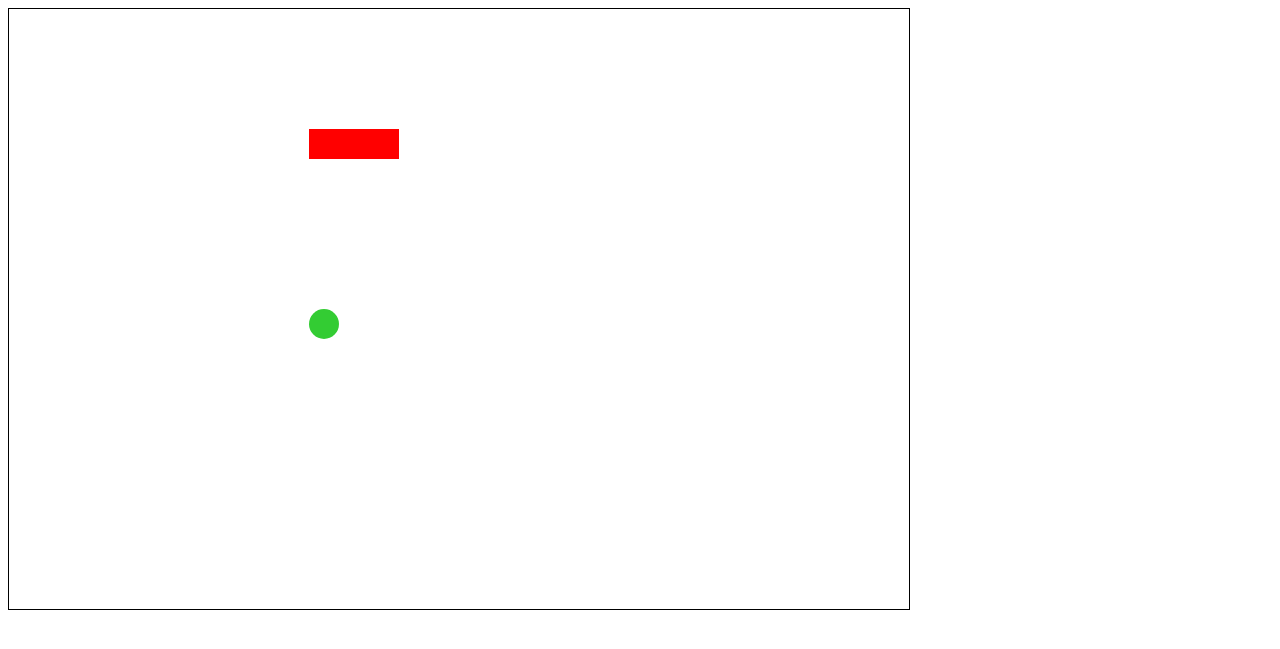
Repository: 0Memo/serpent
Page: index.html
The author's editor kept a copy of each file at every save. The page is drawn from the files as they stood at one save, then again after the next save.
The browser window is 1280 px wide. The pictures show the whole page.

Above is the page before, as saved 2020-12-16 08:43:35.

### index.html
<!DOCTYPE html>
<html lang="es">
    <head>
        <meta charset="UTF-8">
        <meta name="viewport" content="width=device-width, initial-scale=1.0">
        <title>Juego de la serpiente></title>
    </head>
    <body>

        <script src="js/script.js"></script>
    </body>
</html>

### js/script.js
window.onload = function(){
    var canvasWidth = 900;
    var canvasHeight = 600;
    var blockSize = 30;
    var ctx;
    var delay = 1000;
    var snakey;
    var appley;
    var widthInBlocks = canvasWidth / blockSize;
    var heightInBlocks = canvasHeight / blockSize;

    init();

    function init(){
        var canvas = document.createElement('canvas');
        canvas.width = canvasWidth;
        canvas.height = canvasHeight;
        canvas.style.border = "1px solid";
        document.body.appendChild(canvas);
        ctx = canvas.getContext('2d');
        snakey = new snake([[6,4], [5,4], [4,4]], "right");
        appley = new apple([10, 10]);
        refreshCanvas();

    }

    function refreshCanvas(){
        snakey.advance();
        if(snakey.checkCollision())
        {
            // GAME OVER
        } else {
            ctx.clearRect(0, 0, canvasWidth, canvasHeight);
            snakey.draw();
            appley.draw();
            setTimeout(refreshCanvas,delay);
        }

    }

    function drawBlock(ctx, position){
        var x = position[0] * blockSize;
        var y = position[1] * blockSize;
        ctx.fillRect(x, y, blockSize, blockSize);
    }

    function snake(body, direction) {
        this.body = body;
        this.direction = direction;
        this.draw = function(){
            ctx.save();
            ctx.fillStyle = "#ff0000";
            for(var i = 0; i < this.body.length; i++){
                drawBlock(ctx, this.body[i]);
            }
            ctx.restore();
        };
        this.advance = function(){
            var nextPosition = this.body[0].slice();
            switch(this.direction){
                case "left":
                    nextPosition[0] -=1;
                    break;
                case "right":
                    nextPosition[0] +=1;
                    break;
                case "down":
                    nextPosition[1] +=1;
                    break;
                case "up":
                    nextPosition[1] -=1;
                    break;
                default:
                    throw("Invalid Direction");
            }
            this.body.unshift(nextPosition);
            this.body.pop();
        };
        this.setDirection = function(newDirection)
        {
            var allowedDirections;
            switch(this.direction){
                case "left":
                case "right":
                    allowedDirections = ["up", "down"];
                    break;
                case "down":
                case "up":
                    allowedDirections = ["left", "right"];
                    break;
                default:
                    throw("Invalid Direction");
            }
            if(allowedDirections.indexOf(newDirection) > -1){
                this.direction = newDirection;
            };
        };
        this.checkCollision = function()
        {
            var wallCollision = false;
            var snakeCollision = false;
            var head = this.body[0];
            var rest = this.body.slice(1);
            var snakeX = head[0];
            var snakeY = head[1];
            var minX = 0;
            var minY = 0;
            var maxX = widthInBlocks  - 1;
            var maxY = heightInBlocks - 1;
            var isNotBetweenHorizontalWalls = snakeX < minX || snakeX > maxX;
            var isNotBetweenVerticalWalls = snakeY < minY || snakeY > maxY;

            if(isNotBetweenHorizontalWalls || isNotBetweenVerticalWalls)
            {
                wallCollision = true;
            };

            for(var i = 0; i < rest.length; i++){
                if(snakeX === rest[i][0] && snakeY === rest[i][1]){
                    snakeCollision = true;
                }
            };
            return wallCollision || snakeCollision;
        };
    }

    function apple(position)
    {
        this.position = position;
        this.draw = function(){
            ctx.save();
            ctx.fillStyle = "#33cc33";
            ctx.beginPath();
            var radius = blockSize / 2;
            var x = position[0] * blockSize + radius;
            var y = position[1] * blockSize + radius;
            ctx.arc(x,y, radius, 0, Math.PI*2, true);
            ctx.fill();
            ctx.restore();
        }
    };

    document.onkeydown = function handleKeyDown(e){
    var key = e.keyCode;
    var newDirection;
    switch(key){
        case 37:
            newDirection = "left";
            break;
        case 38:
            newDirection = "up";
            break;
        case 39:
            newDirection = "right";
            break;
        case 40:
            newDirection = "down";
            break;
        default:
            return;
    };
    snakey.setDirection(newDirection);
};
}

After the next save:
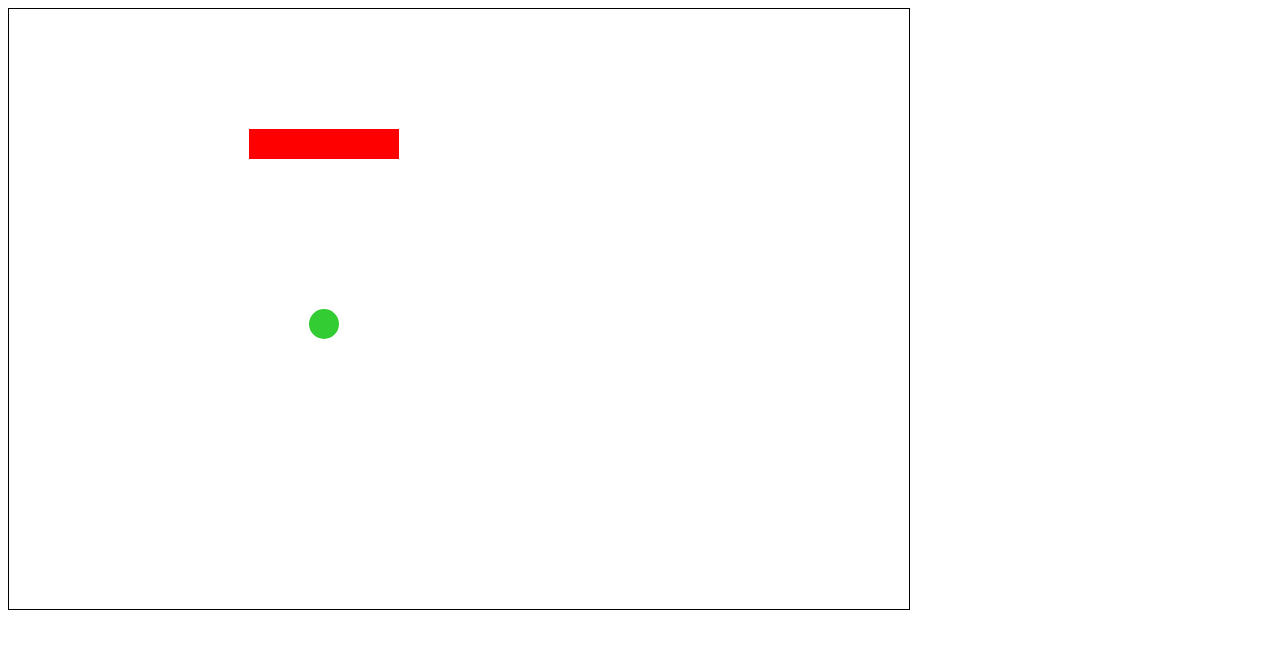
Saved 111 s later.
--- a/js/script.js
+++ b/js/script.js
@@ -18,7 +18,7 @@ window.onload = function(){
         canvas.style.border = "1px solid";
         document.body.appendChild(canvas);
         ctx = canvas.getContext('2d');
-        snakey = new snake([[6,4], [5,4], [4,4]], "right");
+        snakey = new snake([[6,4], [5,4], [4,4], [3,4], [2, 4]], "right");
         appley = new apple([10, 10]);
         refreshCanvas();
 
